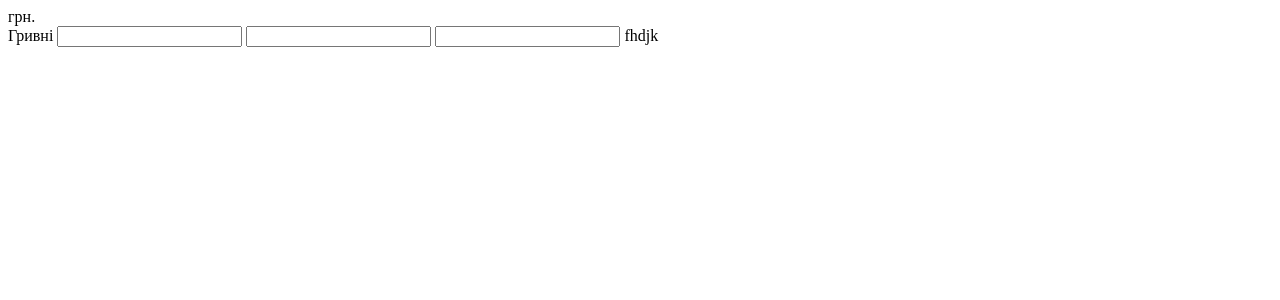
Repository: KseniaMakara/Web
Page: / (app in Vue.js/Vue/app/)
An editor plug-in stored every save of this project. The page is shown before and after the next save, followed by the edit.
The browser window is 1280 px wide. The pictures show the whole page.
The project was rebuilt for these pictures with package versions that can differ from the ones it lists, and the page was loaded fresh each time.

Above is the page before, as saved 2021-09-18 19:56:53.

### Vue.js/Vue/app/src/App.vue
<template>
    <div>
        <div>
            <span>{{bankTitle}}</span>
            <span>{{currencyTitle}}</span>
            <span>{{course}} грн.</span>
        </div>
        <div>
            <label>
                Гривні
                <input type="number" v-model.number="grnAmount">
            </label>
            <label>
                {{currencyTitle}}
                <input type="number" :value="currencyAmount" :disabled="isTwoWayConverter">
            </label>
             <label>
                {{currencyTitle}}
                <input type="number" :value="currencyAmount" :disabled="isTwoWayConverter">
            </label>
            <label>
              fhdjk
            </label>

        </div>

    </div>
</template>

<script>
    export default {
        name: 'Restaurant',
        props: {
            propName: {
                bankTitle:{
                type: String,
                default: 'Unknown bank'
                },
                currencyTitle:{
                    type: String,
                    default: 'Unknown currency'
                },
                course:{
                type: [Number, String],
                default: 1
                },
                isTwoWayConverter:{
                    type: Boolean,
                    default:false
                }

            },
        },
        data() {
            return {
                grnAmount: null,
            }
        },
        computed: {
            currencyAmount() {
                return this.grnAmount/this.course
            }
        },
    }
</script>

<style lang="scss" scoped>

</style>

Loaded but not shown: Vue.js/Vue/app/public/index.html (common file); Vue.js/Vue/app/src/main.js (common file)

After the next save:
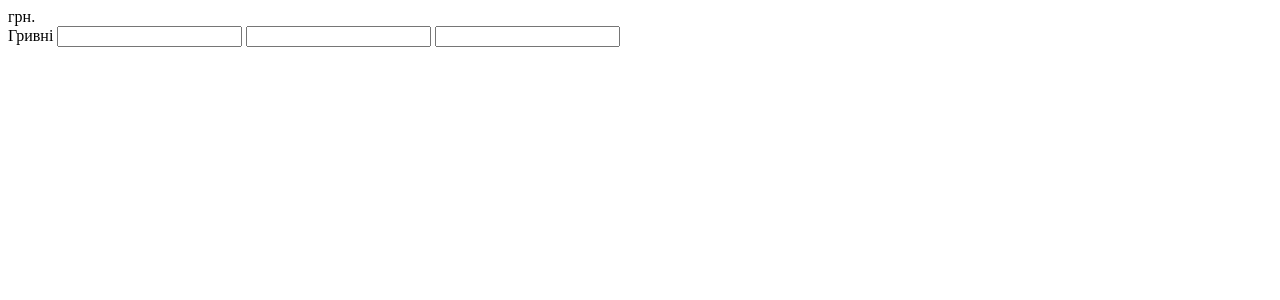
Saved 9 s later.
--- a/Vue.js/Vue/app/src/App.vue
+++ b/Vue.js/Vue/app/src/App.vue
@@ -18,9 +18,7 @@
                 {{currencyTitle}}
                 <input type="number" :value="currencyAmount" :disabled="isTwoWayConverter">
             </label>
-            <label>
-              fhdjk
-            </label>
+
 
         </div>
 
